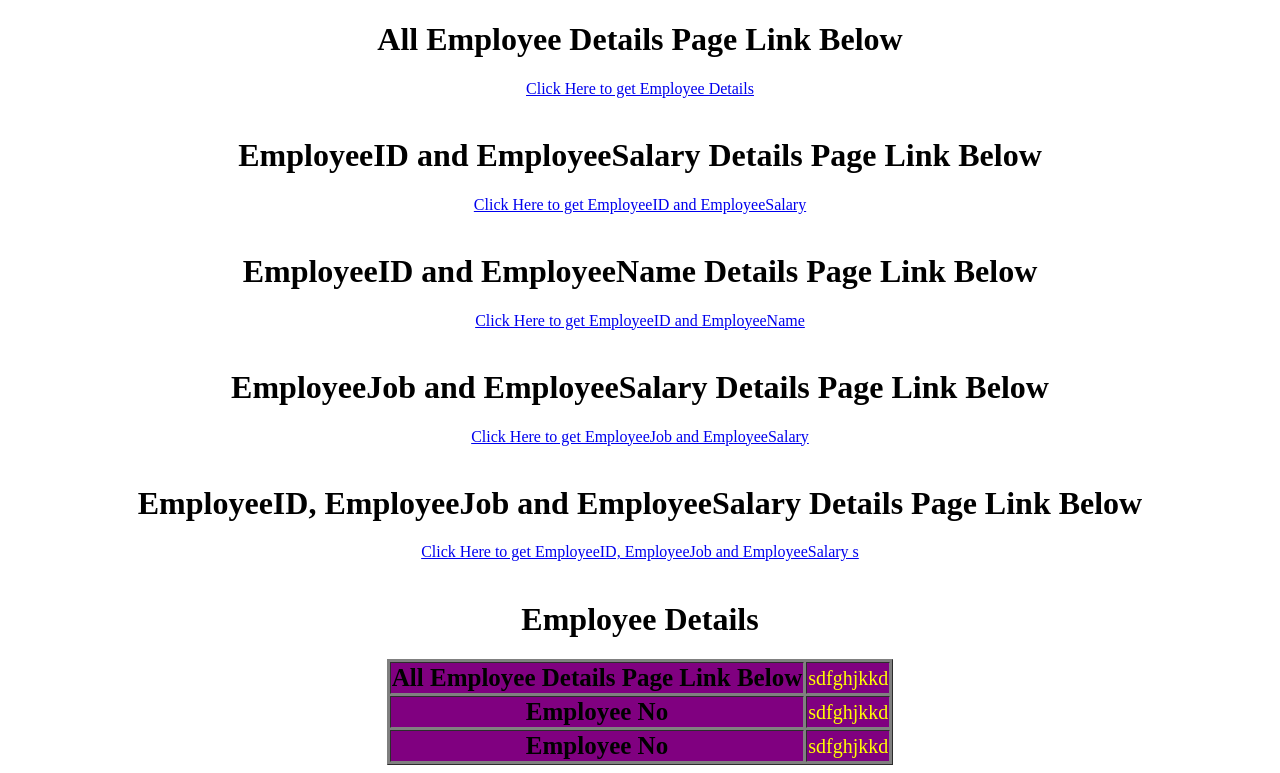
Repository: RhutujaBD/SpringMVCSession
Page: http://localhost/Spring-MVC-JDBCTemplate/WEB-INF/pages/home.jsp
These files come from the project's save history. The page is drawn as it stood at one moment and after the next save; the edit follows.
The browser window is 1280 px wide. The pictures show the whole page.
The page is served by Tomcat 9. Nobody is signed in. Other server files are loaded and not shown. The template is opened directly, without the code that normally fills it, so the values that code supplies are empty.

Above is the page before, as saved 2023-03-29 10:57:58.

### Spring-MVC-JDBCTemplate/src/main/webapp/WEB-INF/pages/home.jsp
<%@ page language="java" contentType="text/html; charset=ISO-8859-1"
	pageEncoding="ISO-8859-1"%>
<!DOCTYPE html>
<html>
<head>
<meta charset="ISO-8859-1">
<title>Insert title here</title>
</head>
<title>Employee Details</title>
<style>
      td{
        font-size: 20px;
        color: YELLOW;
        font-family: Times New Roman;
      }

      th{
        font-size: 25px;
        color: Black;
        font-family: ALGERIAN;
      }

    </style>
</head>
<body>
	<h1 align="center">All Employee Details Page Link Below</h1>
	<div align="center"><a href="list_employees.htm">Click Here to get Employee Details</a></div>
	<br />
	<h1 align="center">EmployeeID and EmployeeSalary Details Page Link Below</h1>
	<div align="center"><a href="list_id_sal.htm">Click Here to get EmployeeID and EmployeeSalary</a></div>
	<br />
	<h1 align="center">EmployeeID and  EmployeeName Details Page Link Below</h1>
	<div align="center"><a href="list_id_name.htm">Click Here to get EmployeeID and  EmployeeName</a></div>
	<br />
	<h1 align="center">EmployeeJob and EmployeeSalary Details Page Link Below</h1>
	<div align="center"><a href="list_job_sal.htm">Click Here to get EmployeeJob and EmployeeSalary</a></div>
	<br />
	<h1 align="center">EmployeeID, EmployeeJob and EmployeeSalary Details Page Link Below</h1>
	<div align="center"><a href="list_id_job_sal.htm">Click Here to get EmployeeID, EmployeeJob and EmployeeSalary s</a></div>
	<br />

	<h1 align="center">Employee Details</h1>
	<table border="1" bgcolor="grey" align="center">

		<tr bgcolor="purple" bordercolor="black">
			<th>All Employee Details Page Link Below</th>
			<td>sdfghjkkd</td>
		</tr>
		<tr bgcolor="purple" bordercolor="black">
			<th>Employee No</th>
			<td>sdfghjkkd</td>
		</tr>

		<tr bgcolor="purple" bordercolor="black">
			<th>Employee No</th>
			<td>sdfghjkkd</td>
		</tr>
	</table>

</body>
</html>

After the next save:
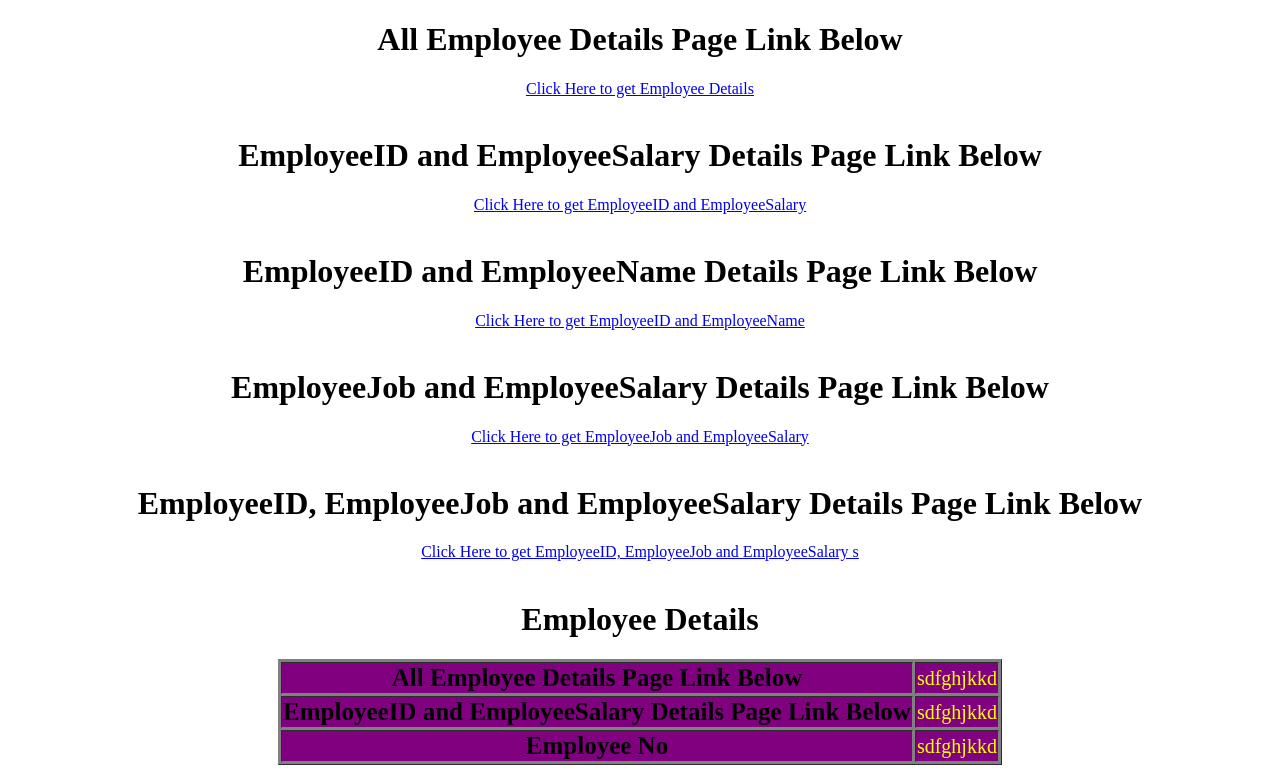
Saved 71 s later.
--- a/Spring-MVC-JDBCTemplate/src/main/webapp/WEB-INF/pages/home.jsp
+++ b/Spring-MVC-JDBCTemplate/src/main/webapp/WEB-INF/pages/home.jsp
@@ -47,7 +47,7 @@
 			<td>sdfghjkkd</td>
 		</tr>
 		<tr bgcolor="purple" bordercolor="black">
-			<th>Employee No</th>
+			<th>EmployeeID and EmployeeSalary Details Page Link Below</th>
 			<td>sdfghjkkd</td>
 		</tr>
 
